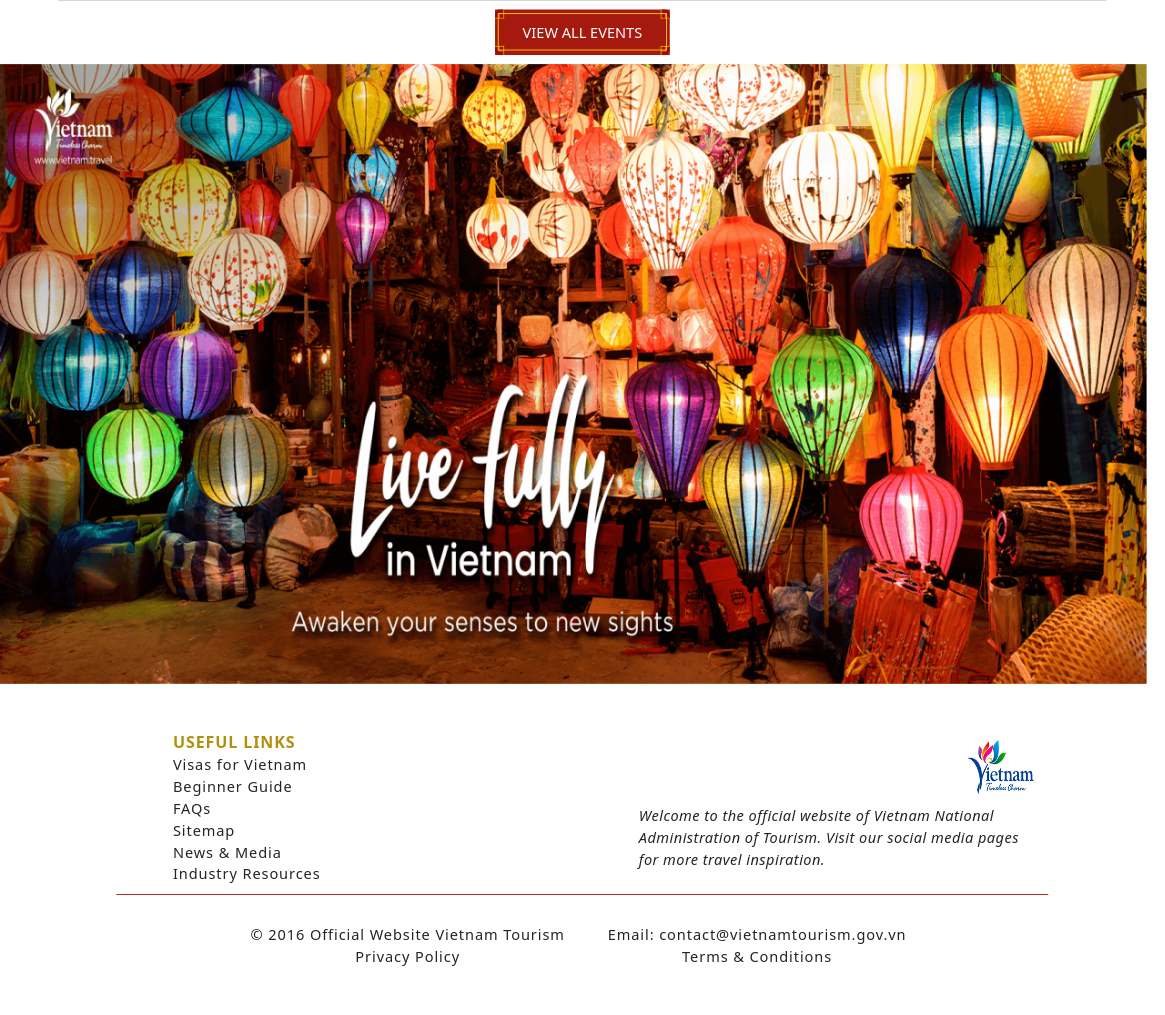
Repository: nguoilaisaochoi/TRAVEL-DEMO
Page: index.html
An editor plug-in stored every save of this project. The page is shown before and after the next save, followed by the edit.
The browser window is 1280 px wide. The pictures show the part of the page from y = 2162 to 3288 px (the page is 3277 px tall before and 3288 px after), at 91% of full size.
A picture or video elsewhere on the page could not be fetched, so the positions and the page height are approximate.

Above is the page before, as saved 2023-03-27 18:40:29.

After the next save:
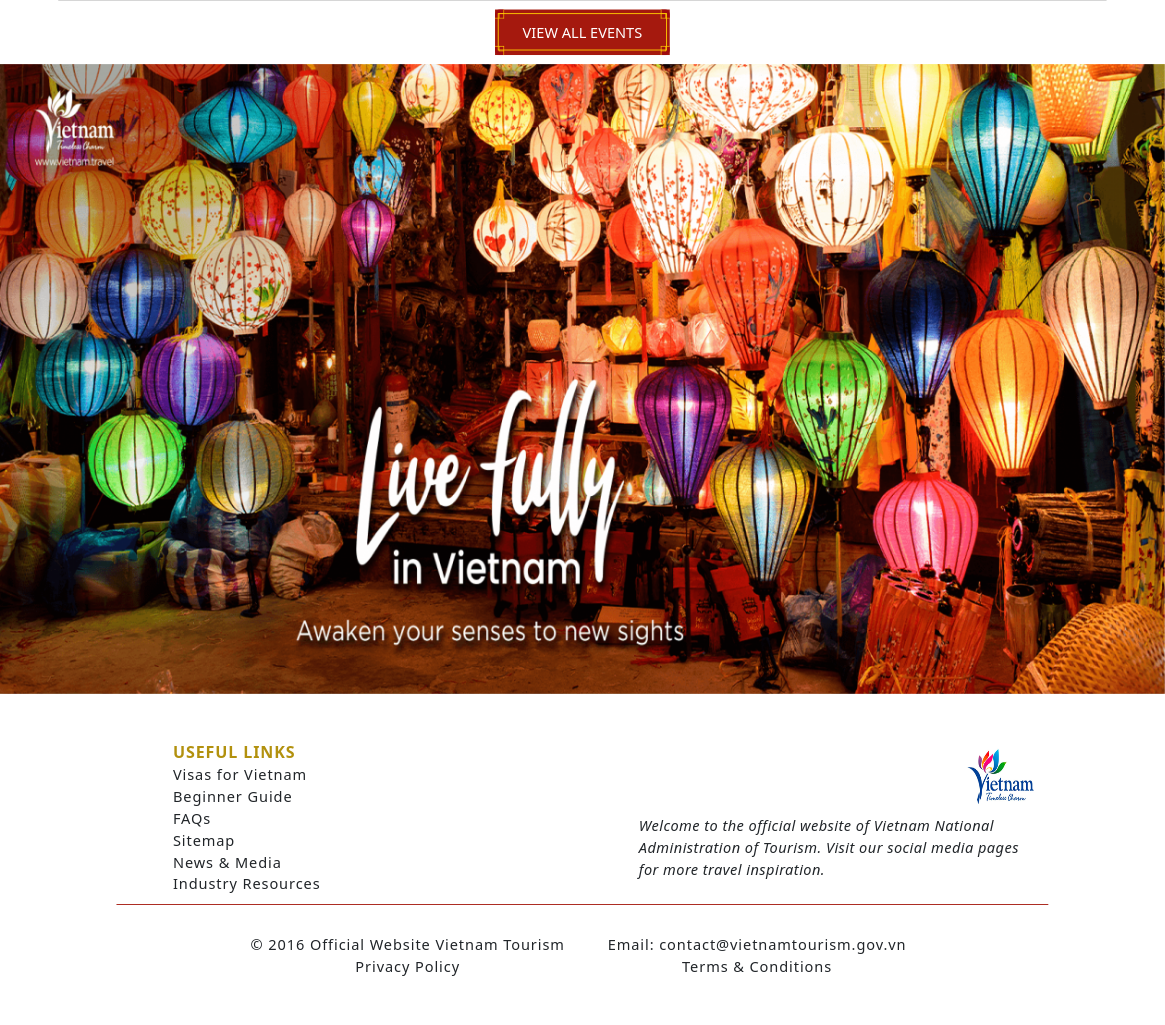
Saved 11 s later.
--- a/index.css
+++ b/index.css
@@ -331,6 +331,9 @@
     margin-top: 4%;
     line-height: 10px;
     color: white;
+  }
+  #VNAT {
+    width: 100%;
   }
 }
 /*--------------TABLET--------------------*/
